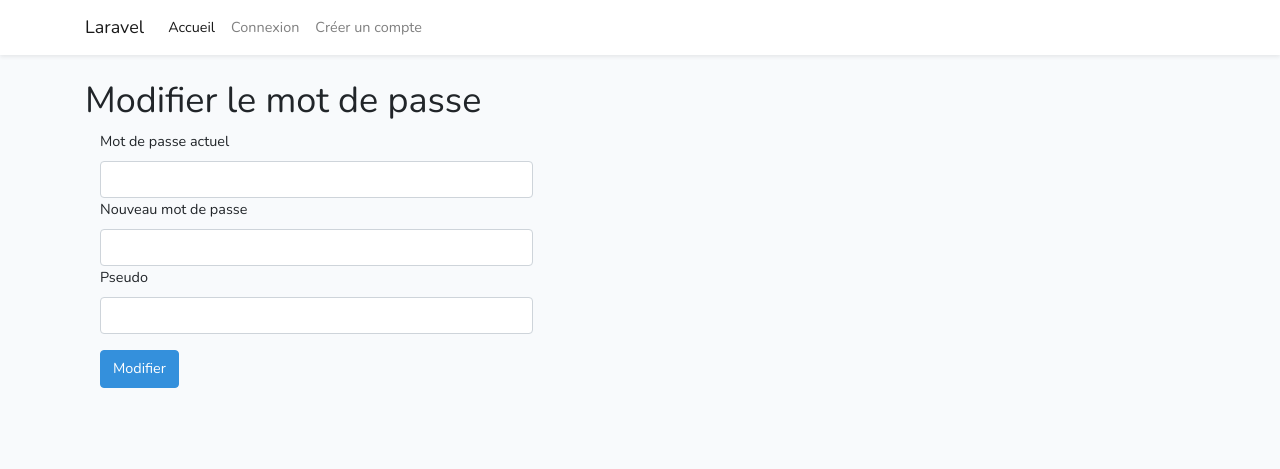
Repository: ypiard85/laravel-social-app
Page: resources/views/user/passwordedit.blade.php
An editor plug-in stored every save of this project. The page is shown before and after a run of saves, followed by the edit.
The browser window is 1280 px wide. The pictures show the whole page.
The page is served by the project's Laravel application, run on PHP 8.4 with Laravel 8. Other server files are loaded and not shown. The template is opened directly, without the code that normally fills it, so the values that code supplies are empty.

Above is the page before, as saved 2021-06-28 15:29:04.

### routes/web.php
<?php

use Illuminate\Support\Facades\Auth;
use Illuminate\Support\Facades\Route;
use App\Http\Controllers\TestController;
use App\Http\Controllers\UsersController;

/*
|--------------------------------------------------------------------------
| Web Routes
|--------------------------------------------------------------------------
|
| Here is where you can register web routes for your application. These
| routes are loaded by the RouteServiceProvider within a group which
| contains the "web" middleware group. Now create something great!
|
*/

Route::get('/', function () {
    return view('welcome');
});

Auth::routes();

Route::get('/user/show/{user}',  [App\Http\Controllers\UsersController::class, 'show'])->name('user_show');

Route::get('/user/edit/{user}',  [App\Http\Controllers\UsersController::class, 'edit'])->name('user_edit');

Route::get('/user/edit/password/{user}',  [App\Http\Controllers\UsersController::class, 'editPassWord'])->name('user_edit');

Route::put('/user/edit/{user}',  [App\Http\Controllers\UsersController::class, 'update'])->name('user_update');

Route::put('/user/edit/password/{user}',  [App\Http\Controllers\UsersController::class, 'update'])->name('user_update_password');

Route::get('/home', [App\Http\Controllers\HomeController::class, 'index'])->name('home');

### resources/views/user/passwordedit.blade.php
@extends('layouts.app')


@section('content')

    <div class="container">
        <h1>Modifier le mot de passe</h1>
        <div class=""></div>
        <form action="{{ route('user_update', $user ) }}" method="POST" >
            @method('PUT')
            <div class="container">
                <div class="row">
                    <div class="col-md-5 mb-3">
                        <label for="prenom">Mot de passe actuel</label>
                        <input class="form-control" type="password" name="password_actual" >
                        <label for="nom">Nouveau mot de passe</label>
                        <input class="form-control" type="password" name="password" >
                        <label for="pseudo">Pseudo</label>
                        <input class="form-control" type="text" name="password_confirm">
                        <button class="btn btn-primary mt-3" type="submit">Modifier</button>
                    </div>
            </div>
            @csrf
        </form>
    </div>

@endsection

### resources/views/layouts/app.blade.php
<!doctype html>
<html lang="{{ str_replace('_', '-', app()->getLocale()) }}">
<head>
    <meta charset="utf-8">
    <meta name="viewport" content="width=device-width, initial-scale=1">

    <!-- CSRF Token -->
    <meta name="csrf-token" content="{{ csrf_token() }}">

    <title>{{ config('app.name', 'Laravel') }}</title>

    <!-- Scripts -->
    <script src="{{ asset('js/app.js') }}" defer></script>

    <!-- Fonts -->
    <link href="https://cdn.jsdelivr.net/npm/bootstrap@5.0.1/dist/css/bootstrap.min.css" rel="stylesheet" integrity="sha384-+0n0xVW2eSR5OomGNYDnhzAbDsOXxcvSN1TPprVMTNDbiYZCxYbOOl7+AMvyTG2x" crossorigin="anonymous">
    <link rel="dns-prefetch" href="//fonts.gstatic.com">
    <link href="https://fonts.googleapis.com/css?family=Nunito" rel="stylesheet">

    <!-- Styles -->
    <link href="{{ asset('css/app.css') }}" rel="stylesheet">
</head>
<body>
    <div id="app">
        <nav class="navbar navbar-expand-md navbar-light bg-white shadow-sm">
            <div class="container">

                <a class="navbar-brand" href="#">{{ config('app.name', 'Laravel') }}</a>
                <button class="navbar-toggler" type="button" data-toggle="collapse" data-target="#navbarSupportedContent" aria-controls="navbarSupportedContent" aria-expanded="false" aria-label="Toggle navigation">
                    <span class="navbar-toggler-icon"></span>
                </button>

                <div class="collapse navbar-collapse" id="navbarSupportedContent">
                    <ul class="navbar-nav mr-auto">
                        <li class="nav-item active">
                            <a class="nav-link" href="{{ route('home') }}">Accueil <span class="sr-only">(current)</span></a>
                        </li>
                        @if(Auth::user())
                        <li class="nav-item dropdown">
                            <a class="nav-link dropdown-toggle" href="#" id="navbarDropdown" role="button" data-toggle="dropdown" aria-haspopup="true" aria-expanded="false">
                                {{ Auth::user()->pseudo }}
                            </a>
                            <div class="dropdown-menu" aria-labelledby="navbarDropdown">
                                <a class="dropdown-item" href="{{ route('user_show',  Auth::user() ) }}">Profil</a>
                                <a class="dropdown-item" href="{{ route('logout') }}"
                                       onclick="event.preventDefault();
                                                     document.getElementById('logout-form').submit();">
                                        {{ __('Logout') }}
                                    </a>

                                    <form id="logout-form" action="{{ route('logout') }}" method="POST" class="d-none">
                                        @csrf
                                    </form>
                            </div>
                        </li>
                        @else
                        <li class="nav-item">
                            <a class="nav-link" href="{{ route('login') }}">Connexion</a>
                        </li>
                        <li class="nav-item">
                            <a class="nav-link" href="{{ route('register') }}">Créer un compte</a>
                        </li>
                        @endif
                    </ul>
                </div>
            </nav>
            <main class="py-4">
                @yield('content')
            </main>
        </div>
</html>

Loaded but not shown: app/Providers/AppServiceProvider.php (common file); app/Http/Controllers/Auth/ConfirmPasswordController.php (common file); app/Http/Controllers/Controller.php (common file); public/css/app.css (library)

After the next 2 saves:
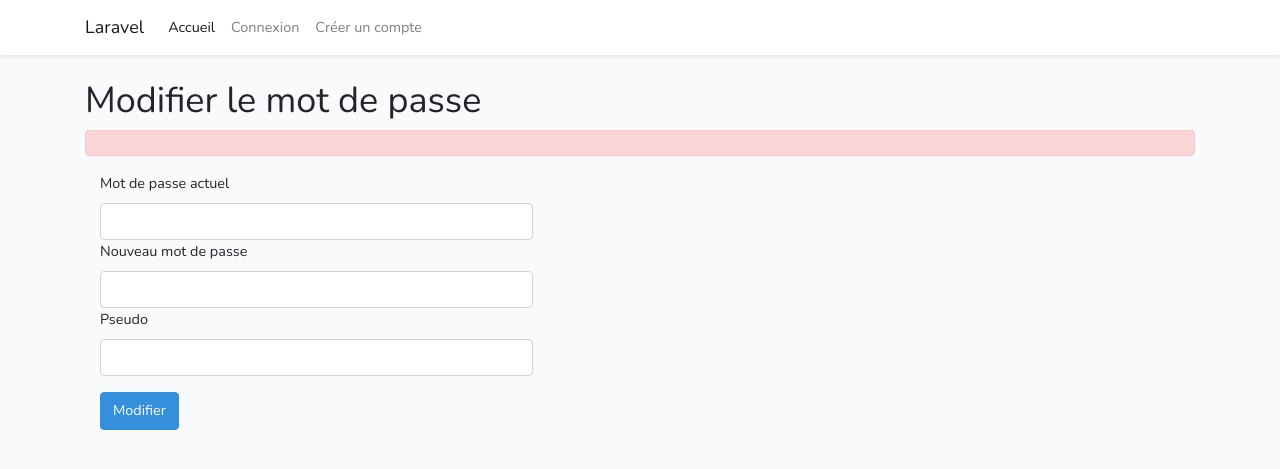
The 2 saves are shown as one change because they came seconds apart.
The last was saved 9 s later.
--- a/resources/views/user/passwordedit.blade.php
+++ b/resources/views/user/passwordedit.blade.php
@@ -5,7 +5,8 @@
 
     <div class="container">
         <h1>Modifier le mot de passe</h1>
-        <div class=""></div>
+
+        <div class="alert alert-danger"></div>
         <form action="{{ route('user_update', $user ) }}" method="POST" >
             @method('PUT')
             <div class="container">
